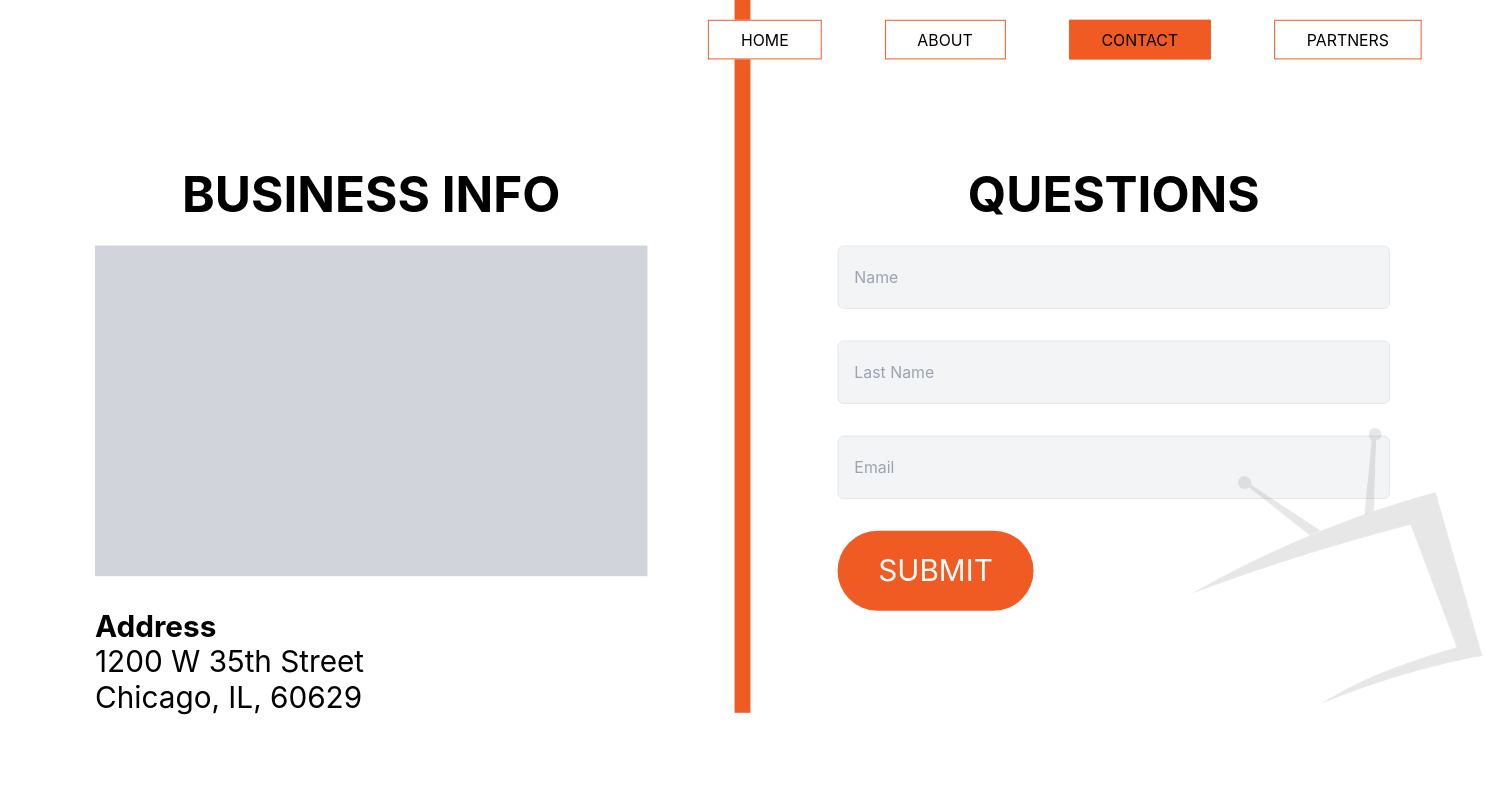
Repository: legenddev1202/whyclicktv
Page: /contact
These files come from the project's save history. The page is drawn as it stood at one moment and after the next save; the edit follows.
The browser window is 1280 px wide. The page is 1500 px wide, so the pictures cover 1500 px, including what lies to the right of the window. The pictures show the whole page, at 99% of full size.
The project was rebuilt for these pictures with package versions that can differ from the ones it lists, and the page was loaded fresh each time. Also part of the build but not shown: src/App.css, src/pages/home.js, src/pages/about.js, src/pages/partners.js, src/pages/referral.js.

Above is the page before, as saved 2022-03-31 15:15:31.

### public/index.html
<!DOCTYPE html>
<html lang="en">
  <head>
    <meta charset="utf-8" />
    <link rel="icon" href="%PUBLIC_URL%/favicon.ico" />
    <meta name="viewport" content="width=device-width, initial-scale=1" />
    <meta name="theme-color" content="#000000" />
    <meta name="description" content="why-click" />
    <link rel="apple-touch-icon" href="%PUBLIC_URL%/favicon.ico" />
    <!--
      manifest.json provides metadata used when your web app is installed on a
      user's mobile device or desktop. See https://developers.google.com/web/fundamentals/web-app-manifest/
    -->
    <link rel="manifest" href="%PUBLIC_URL%/manifest.json" />
    <!--
      Notice the use of %PUBLIC_URL% in the tags above.
      It will be replaced with the URL of the `public` folder during the build.
      Only files inside the `public` folder can be referenced from the HTML.

      Unlike "/favicon.ico" or "favicon.ico", "%PUBLIC_URL%/favicon.ico" will
      work correctly both with client-side routing and a non-root public URL.
      Learn how to configure a non-root public URL by running `npm run build`.
    -->
    <title>WhyClick.tv</title>
  </head>
  <body>
    <noscript>WhyClick.tv</noscript>
    <div id="root"></div>
    <!--
      This HTML file is a template.
      If you open it directly in the browser, you will see an empty page.

      You can add webfonts, meta tags, or analytics to this file.
      The build step will place the bundled scripts into the <body> tag.

      To begin the development, run `npm start` or `yarn start`.
      To create a production bundle, use `npm run build` or `yarn build`.
    -->
  </body>
</html>

### src/index.css
@tailwind base;
@tailwind components;
@tailwind utilities;

body {
  margin: 0;
  font-family: -apple-system, BlinkMacSystemFont, "Segoe UI", "Roboto", "Oxygen",
    "Ubuntu", "Cantarell", "Fira Sans", "Droid Sans", "Helvetica Neue",
    sans-serif;
  -webkit-font-smoothing: antialiased;
  -moz-osx-font-smoothing: grayscale;
  height: 100%;
  min-height: 700px;
  min-width: 1500px;
}

code {
  font-family: source-code-pro, Menlo, Monaco, Consolas, "Courier New",
    monospace;
}

input::placeholder {
  font-size: 50;
}

input::-moz-placeholder {
  font-size: 50;
}

input::-webkit-input-placeholder {
  font-size: 50;
}

### src/App.js
import { Routes, Route, Link } from "react-router-dom";
import "./App.css";
import Home from "./pages/home";
import About from "./pages/about";
import Contact from "./pages/contact";
import Partners from "./pages/partners";
import Referral from "./pages/referral";

function App() {
  return (
    <Routes>
      <Route path="/" element={<Home />} />
      <Route path="about" element={<About />} />
      <Route path="contact" element={<Contact />} />
      <Route path="partners" element={<Partners />} />
      <Route path="referrel" element={<Referral />} />
    </Routes>
  );
}

export default App;

### src/pages/contact.js
import React from "react";
import { Routes, Route, Link } from "react-router-dom";

function Contact() {
  return (
    <div className="relative w-full" style={{ height: "100vh" }}>
      <div className="bg-transparent w-full h-20 flex items-center px-8 justify-between z-20 absolute">
        <div></div>
        <div className="bg-transparent">
          <button
            className="h-10 px-8 mx-8 border"
            style={{ borderColor: "#F05A23", backgroundColor: "white" }}
          >
            <Link to="/">HOME</Link>
          </button>
          <button
            className="h-10 px-8 mx-8 border"
            style={{ borderColor: "#F05A23", backgroundColor: "white" }}
          >
            <Link to="/about">ABOUT</Link>
          </button>
          <button
            className="h-10 px-8 mx-8 border"
            style={{ borderColor: "#F05A23", backgroundColor: "#F05A23" }}
          >
            <Link to="/contact">CONTACT</Link>
          </button>
          <button
            className="h-10 px-8 mx-8 border"
            style={{ borderColor: "#F05A23" }}
          >
            <Link to="/partners">PARTNERS</Link>
          </button>
        </div>
      </div>
      <div
        className="absolute w-4 h-full left-0 right-0 mx-auto z-10"
        style={{ backgroundColor: "#F05A23", height: "100vh" }}
      ></div>
      <div className="w-full mt-20 absolute p-12 flex">
        <div className="w-1/2 p-12 pr-24 flex flex-col items-center">
          <div className="text-4xl font-bold" style={{ fontSize: 50 }}>
            BUSINESS INFO
          </div>
          <div
            className="w-full h-72 bg-gray-300 mt-8"
            style={{ height: 334 }}
          ></div>
          <div className="mt-8 self-start">
            <div
              className="text-xl font-bold"
              style={{ fontSize: 30, lineHeight: 1.2 }}
            >
              Address
            </div>
            <div className="text-xl" style={{ fontSize: 30, lineHeight: 1.2 }}>
              1200 W 35th Street{" "}
            </div>
            <div className="text-xl" style={{ fontSize: 30, lineHeight: 1.2 }}>
              Chicago, IL, 60629{" "}
            </div>
          </div>
        </div>
        <div className="w-1/2 p-12 pl-24 flex flex-col items-center">
          <div className="text-4xl font-bold" style={{ fontSize: 50 }}>
            QUESTIONS
          </div>
          <div className="w-full mt-8">
            <input
              className="w-full rounded-md h-16 border px-4 bg-gray-100"
              placeholder="Name"
            ></input>
            <div className="w-full mt-8">
              <input
                className="w-full rounded-md h-16 border px-4 bg-gray-100"
                placeholder="Last Name"
              ></input>
            </div>

            <div className="w-full mt-8">
              <input
                className="w-full rounded-md h-16 border px-4 bg-gray-100"
                placeholder="Email"
              ></input>
            </div>
          </div>
          <div className="self-start mt-8">
            <button
              className=" rounded-full"
              style={{
                backgroundColor: "#F05A23",
                width: 198,
                height: 81,
                color: "white",
                fontSize: 30,
              }}
            >
              SUBMIT
            </button>
          </div>
        </div>
      </div>
      <img
        className="logo-icon h-72 absolute bottom-0 right-0"
        src="assets/images/logos/tv-logo.png"
        alt="logo"
      />
    </div>
  );
}

export default Contact;

Loaded but not shown: src/index.js (common file); src/reportWebVitals.js (common file); tailwind.config.js (common file)

After the next save:
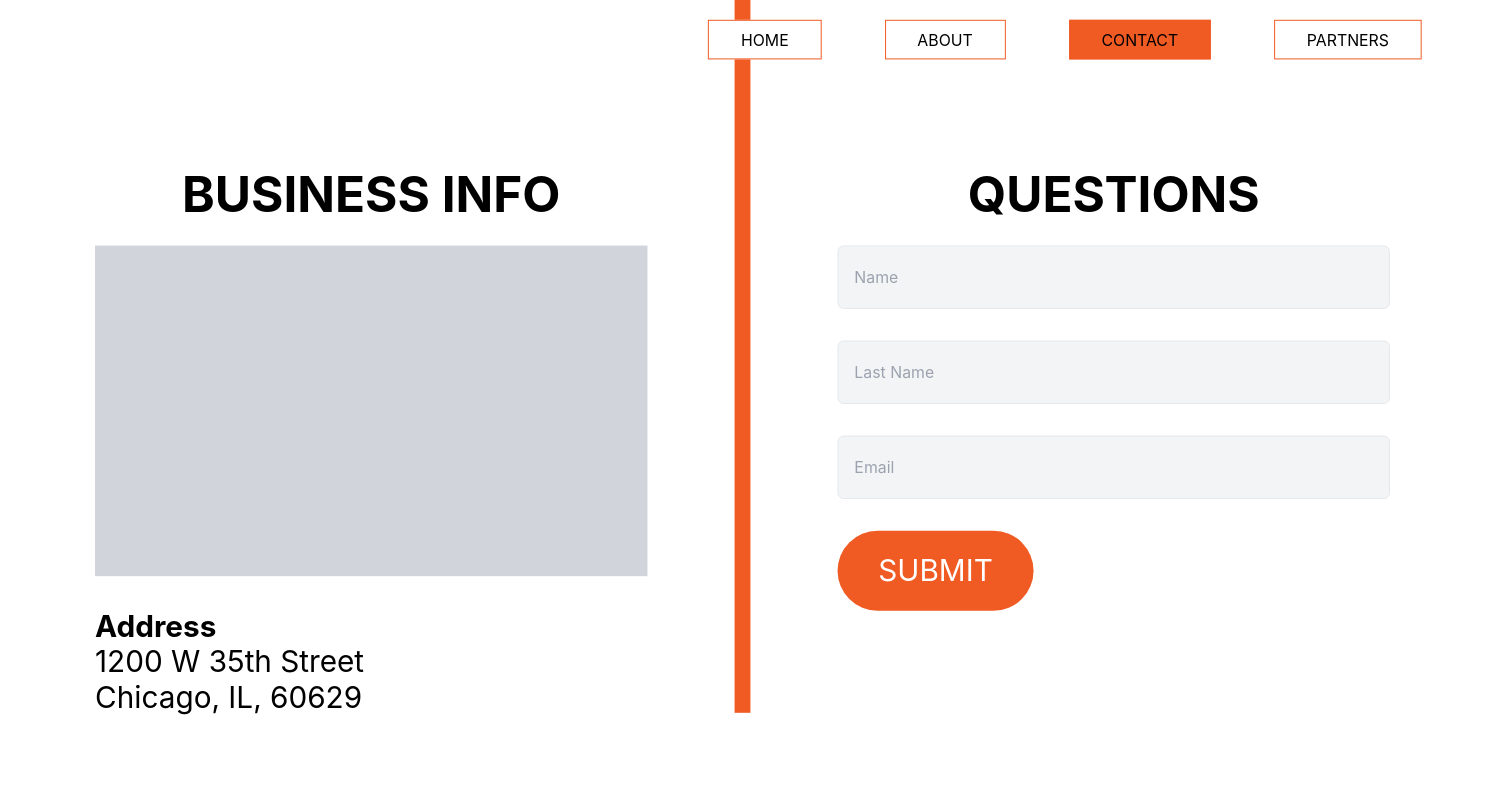
Saved 9 s later.
--- a/src/pages/contact.js
+++ b/src/pages/contact.js
@@ -3,7 +3,7 @@ import { Routes, Route, Link } from "react-router-dom";
 
 function Contact() {
   return (
-    <div className="relative w-full" style={{ height: "100vh" }}>
+    <div className="relative w-full">
       <div className="bg-transparent w-full h-20 flex items-center px-8 justify-between z-20 absolute">
         <div></div>
         <div className="bg-transparent">

After the 2 saves that followed:
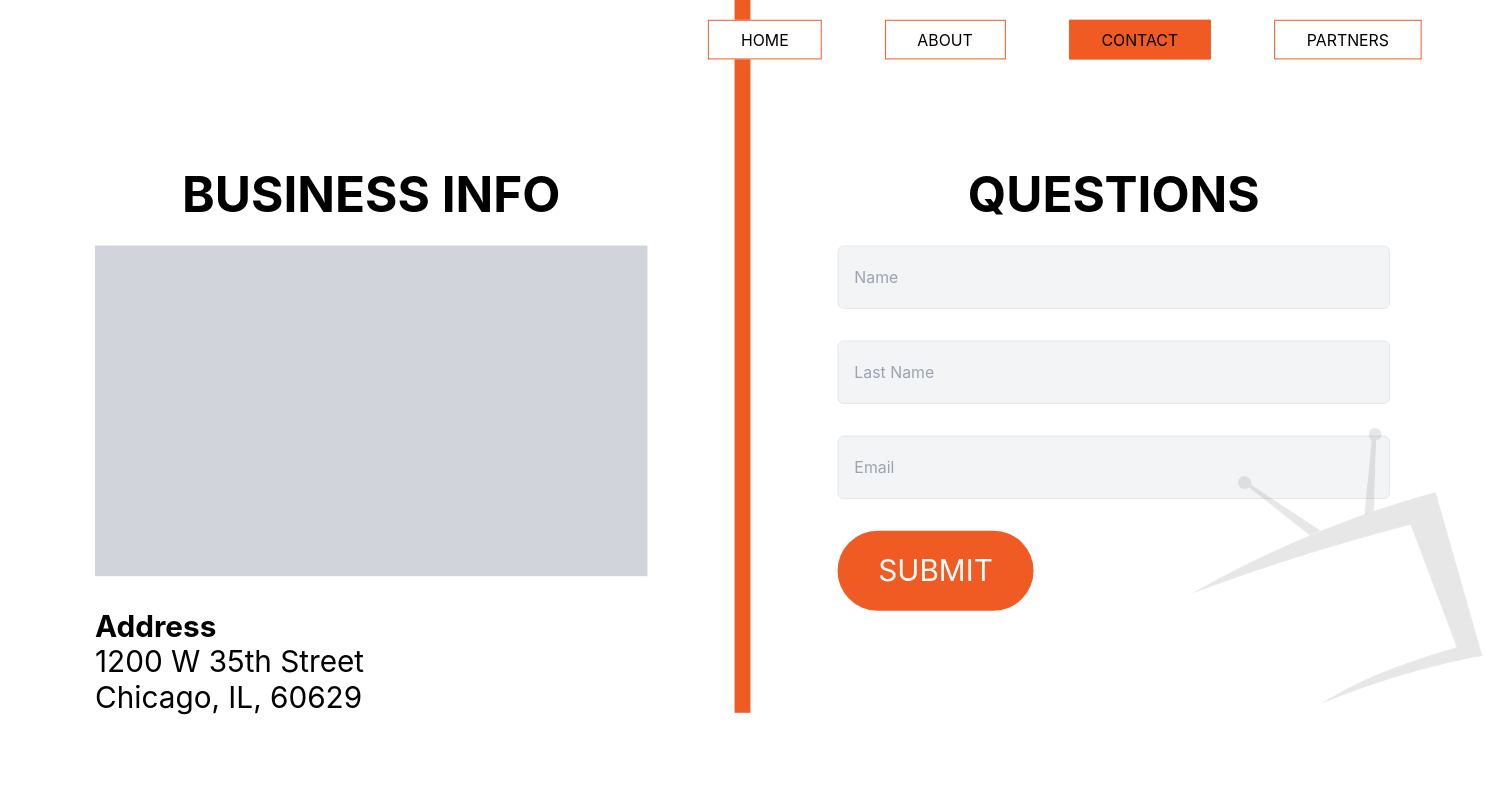
The 2 saves are shown as one change because 1 left the picture as it was.
The last was saved 26 s later.
--- a/src/pages/contact.js
+++ b/src/pages/contact.js
@@ -3,7 +3,7 @@ import { Routes, Route, Link } from "react-router-dom";
 
 function Contact() {
   return (
-    <div className="relative w-full">
+    <div className="relative h-full w-full" style={{ height: "100vh" }}>
       <div className="bg-transparent w-full h-20 flex items-center px-8 justify-between z-20 absolute">
         <div></div>
         <div className="bg-transparent">
